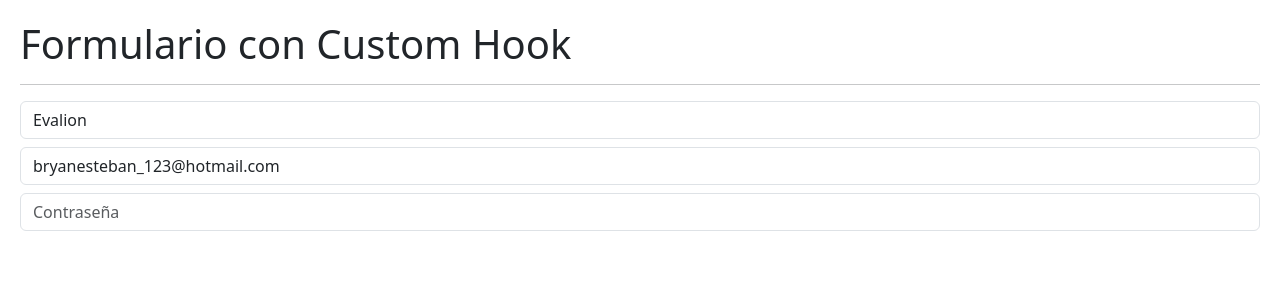
Repository: bryanesteban/hooks-App
Page: /
The author's editor kept a copy of each file at every save. The page is drawn from the files as they stood at one save, then again after the next save.
The browser window is 1280 px wide. The pictures show the whole page.
The project was rebuilt for these pictures with package versions that can differ from the ones it lists, and the page was loaded fresh each time. Also part of the build but not shown: vite.config.js, src/HooksApp.jsx, src/01-useState/CounterApp.jsx, src/01-useState/useCounter.jsx, src/01-useState/CounterWithCustomHook.jsx, src/02-useEffect/Message.jsx, src/02-useEffect/SimpleForm.jsx.

Above is the page before, as saved 2024-06-28 23:18:05.

### src/main.jsx
import React from 'react'
import ReactDOM from 'react-dom/client'
import './index.css'
import { HooksApp } from './HooksApp'
import { CounterApp } from './01-useState/CounterApp'
import { CounterWithCustomHook } from './01-useState/CounterWithCustomHook'
import { SimpleForm } from './02-useEffect/SimpleForm'
import { FormWithCustomHook } from './02-useEffect/FormWithCustomHook'

ReactDOM.createRoot(document.getElementById('root')).render(
  <React.StrictMode>
    <FormWithCustomHook />
  </React.StrictMode>
)

### src/02-useEffect/FormWithCustomHook.jsx


import React, { useEffect, useState } from 'react'
import { Message } from './Message';

export const FormWithCustomHook = () => {

    const [formState, setFormState] = useState({
        username:'Evalion',
        email: 'bryanesteban_123@hotmail.com',
        password: '',
    });

    const { username, email, password } = formState;

    const onInputChange = ({target}) => {
        const { name, value } = target;
        setFormState({
            ...formState,
            [name]:value
        });
    }

    useEffect(() => {
        // console.log('useEffect called!');
    },[]);

    useEffect(() => {
        // console.log('useEffect called!');
    },[email]);




return (

    <>
        <h1>Formulario con Custom Hook</h1>
        <hr/>

        <input
            type="text"
            className="form-control"
            placeholder="Username"
            name="username"
            value={ username }
            onChange={ onInputChange }
        />

        <input
            type="email"
            className="form-control mt-2"
            placeholder="bryan@correo.com"
            name="email"
            value={ email }
            onChange={ onInputChange }
        />

        <input
            type="password"
            className="form-control mt-2"
            placeholder="Contraseña"
            name="password"
            value={ password }
            onChange={ onInputChange }
        />

        {
            (username === 'Evalion2') && <Message></Message>
        }


    </>
  )
}

Loaded but not shown: index.html (common file); src/index.css (common file)

After the next save:
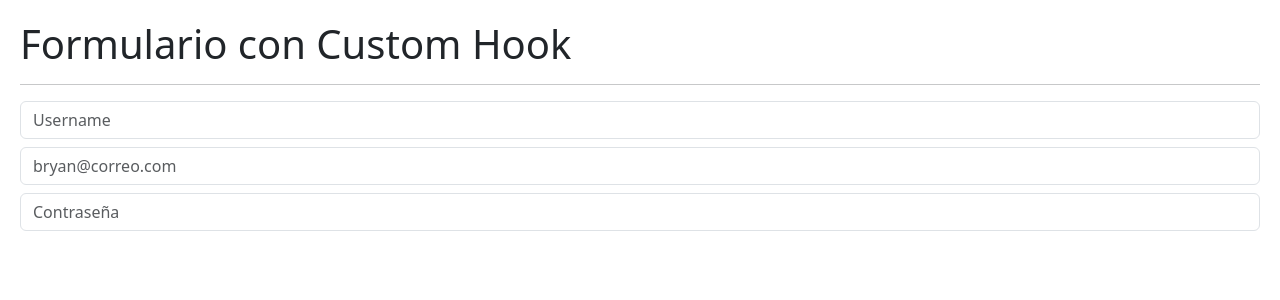
Saved 18 s later.
--- a/src/02-useEffect/FormWithCustomHook.jsx
+++ b/src/02-useEffect/FormWithCustomHook.jsx
@@ -6,8 +6,8 @@
 export const FormWithCustomHook = () => {
 
     const [formState, setFormState] = useState({
-        username:'Evalion',
-        email: 'bryanesteban_123@hotmail.com',
+        username:'',
+        email: '',
         password: '',
     });
 
